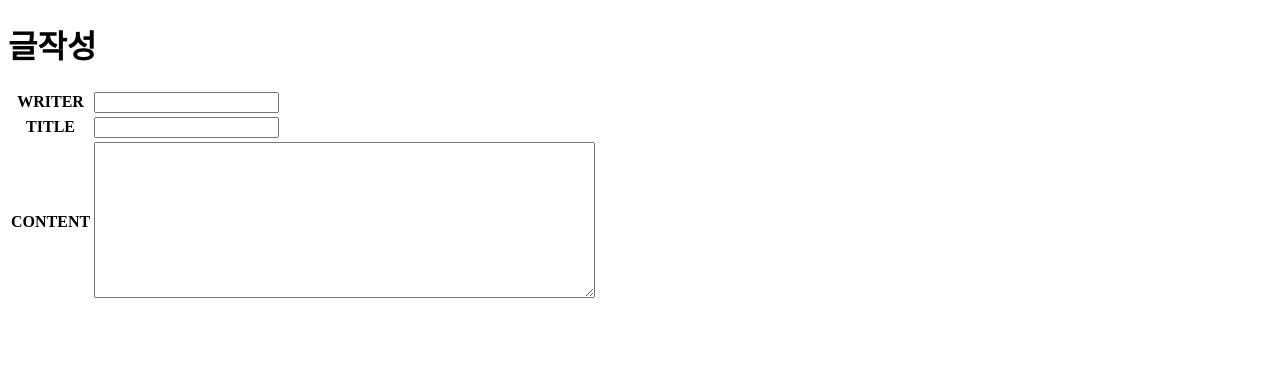
Repository: leedh909/Academy-web-
Page: http://localhost/Jsp03_MVC/boardinsert.jsp
These files come from the project's save history. The page is drawn as it stood at one moment and after the next save; the edit follows.
The browser window is 1280 px wide. The pictures show the whole page.
The page is served by Tomcat 9. Other server files are loaded and not shown.

Above is the page before, as saved 2020-07-01 01:15:02.

### 실습자료/eclipse-servlet/Jsp03_MVC/WebContent/boardinsert.jsp
<%@ page language="java" contentType="text/html; charset=UTF-8"
    pageEncoding="UTF-8"%>
<% request.setCharacterEncoding("UTF-8"); %>
<% response.setContentType("text/html; charset=UTF-8"); %>


<!DOCTYPE html>
<html>
<head>
<meta charset="UTF-8">
<title>Insert title here</title>
</head>
<body>
	<h1>글작성</h1>
	<form action="mycontroller.jsp" method="post">
		<table>
			<tr>
				<th>WRITER</th>
				<td><input type="text" name="writer"></td>
			</tr>
			<tr>
				<th>TITLE</th>
				<td><input type="text" name="title"></td>
			</tr>
			<tr>
				<th>CONTENT</th>
				<td><textarea rows="10" cols="60" name="content"></textarea></td>
			</tr>

		</table>

	</form>

</body>
</html>

After the next save:
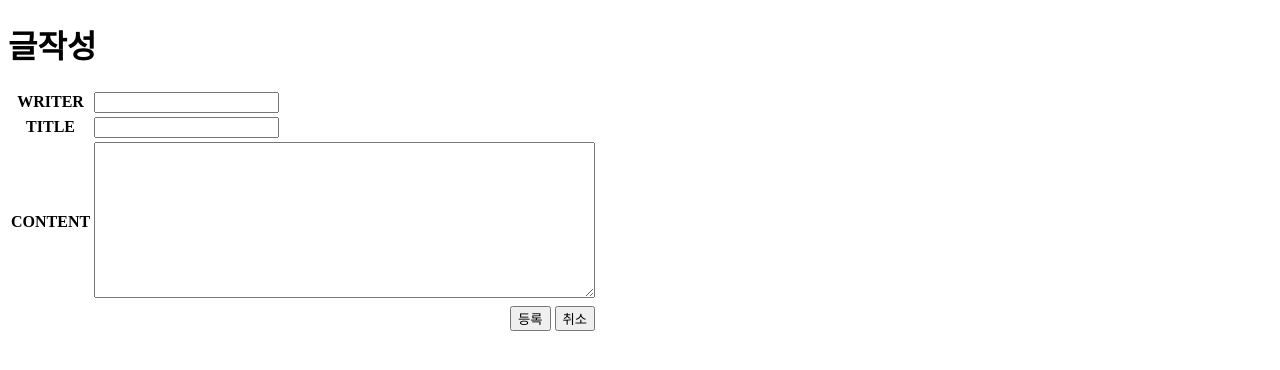
Saved 2 min 9 s later.
--- a/실습자료/eclipse-servlet/Jsp03_MVC/WebContent/boardinsert.jsp
+++ b/실습자료/eclipse-servlet/Jsp03_MVC/WebContent/boardinsert.jsp
@@ -26,7 +26,10 @@
 				<th>CONTENT</th>
 				<td><textarea rows="10" cols="60" name="content"></textarea></td>
 			</tr>
-
+			<tr>
+				<td colspan="2" align="right">
+					<input type="submit" value="등록">
+					<input type="button" value="취소">
 		</table>
 
 	</form>
